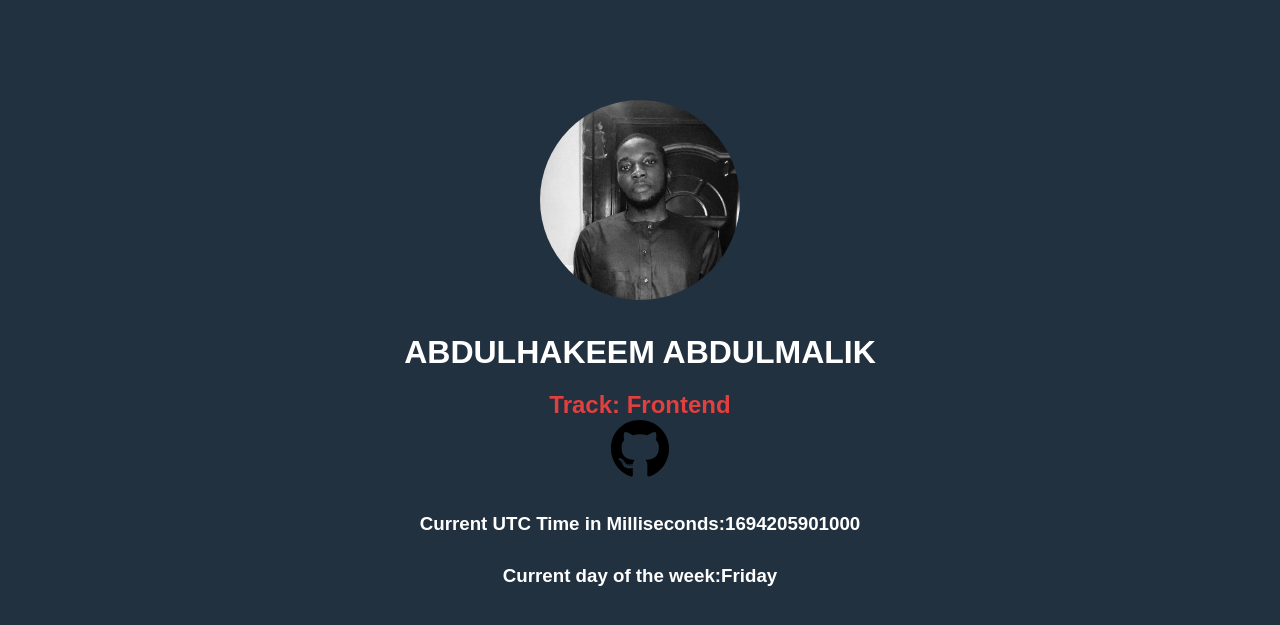
Repository: malikhakeem/HNG-TASK
Page: HNG-TASK1.html
The author's editor kept a copy of each file at every save. The page is drawn from the files as they stood at one save, then again after the next save.
The browser window is 1280 px wide. The pictures show the whole page.

Above is the page before, as saved 2023-09-08 23:20:17.

### HNG-TASK1.html
<!DOCTYPE html>
<html lang="en">

<head>
    <meta charset="UTF-8">
    <meta name="viewport" content="width=device-width, initial-scale=1.0">
    <link rel="stylesheet" href="./HNG-TASK!.css">

    <title>HNG</title>
    <script src="./HNG-TASK.js"></script>
</head>

<body>


    <div class="body">
        <div class="nav">
            <div class="nav-left"><img data-testId="slackDisplayImage" class="profile-pic" src="./pic/kim.jpg"
                    alt="Malik" /></div>
            <div class="nav-mid">
                <div class="slack-name">
                    <h1>ABDULHAKEEM ABDULMALIK</h1>
                </div>
                <div class="track">
                    <h2 data-testId="myTrack">Track: Frontend</h2>
                </div>
            </div>
            <div class="nav-right">
                <a data-testId="githubURL" href="link address"><img src="./pic//github.svg" width="60" height="60"></a>
            </div>


        </div>

        <div class="task">

            <div class="time">

            </div>
            <div class="date">

            </div>

        </div>
    </div>



    <script>
        const time = document.getElementsByClassName("time");
        time[0].innerHTML = "<h3>Current UTC Time in Milliseconds:" + currentTimeMillis + "</h3>";
    </script>
    <script>
        const date = document.getElementsByClassName("date");
        date[0].innerHTML = "<h3>Current day of the week:" + weekday + "</h3>";
    </script>
</body>

</html>

### HNG-TASK!.css
*{
    padding:0px;
    margin:0px;

}

.profile-pic{
    width:200px;
    height:200px;
    border-radius: 50%;
}
.nav{
    /* display:flex;

    justify-content: space-between;
    padding: 150px 100px 0px 100px; */
}
.nav-left{
    padding-bottom: 30px;
}
.time{
    padding-bottom: 30px;
}
.task{

padding-top: 30px;}

.body{
    display: flex;
    display: block;
    text-align: center;
}
.track{
    padding-top: 20px;
    color:rgb(226, 63, 63);
}

body{
    padding:100px 0px 0px 0px;
    color:white;
    display:flex;
 justify-content: center;
   font-family: sans-serif;
 background: #22313f;
}

### HNG-TASK.js




    let currentTime = new Date();
    let currentTimeMillis = currentTime.getTime();
    let currentUTCTime = currentTime.toUTCString();

    console.log("Current time in milliseconds: " + currentTimeMillis);
    console.log("Current time in UTC: " + currentUTCTime);


//  setInterval(updateTime, 1000); // Run updateTime() every second


var dateObj = new Date()
var weekday = dateObj.toLocaleString("default", { weekday: "long" })
// weekday = "Saturday"

After the next save:
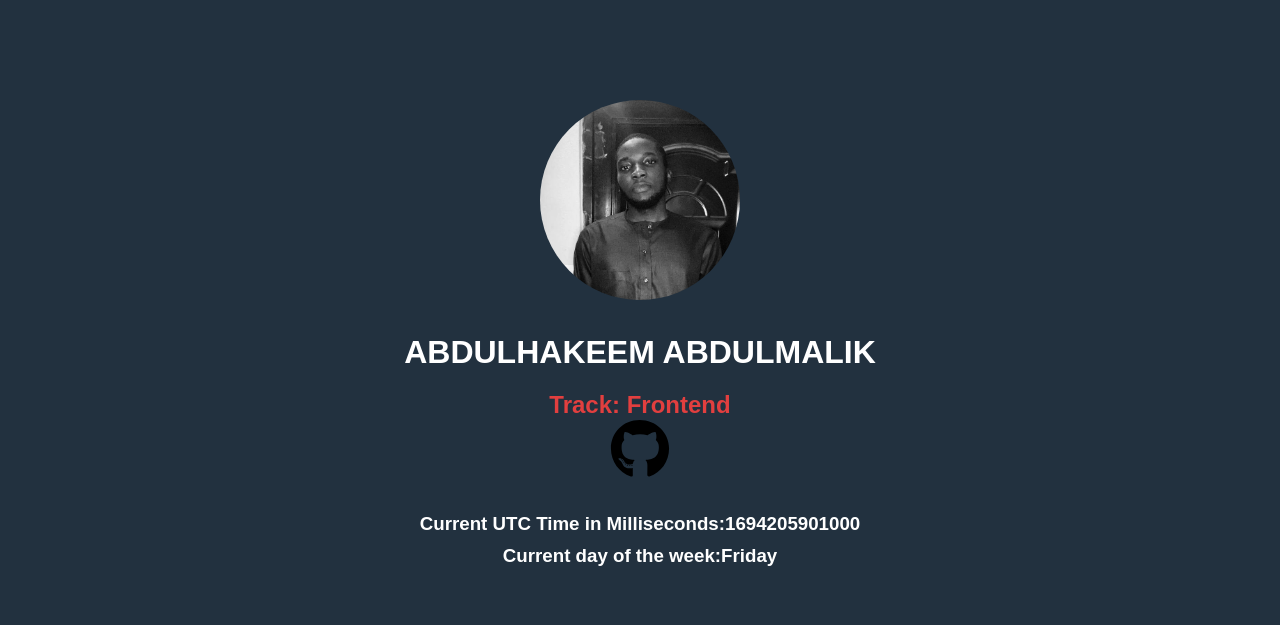
Saved 6 s later.
--- a/HNG-TASK!.css
+++ b/HNG-TASK!.css
@@ -19,7 +19,7 @@
     padding-bottom: 30px;
 }
 .time{
-    padding-bottom: 30px;
+    padding-bottom: 10px;
 }
 .task{
 
